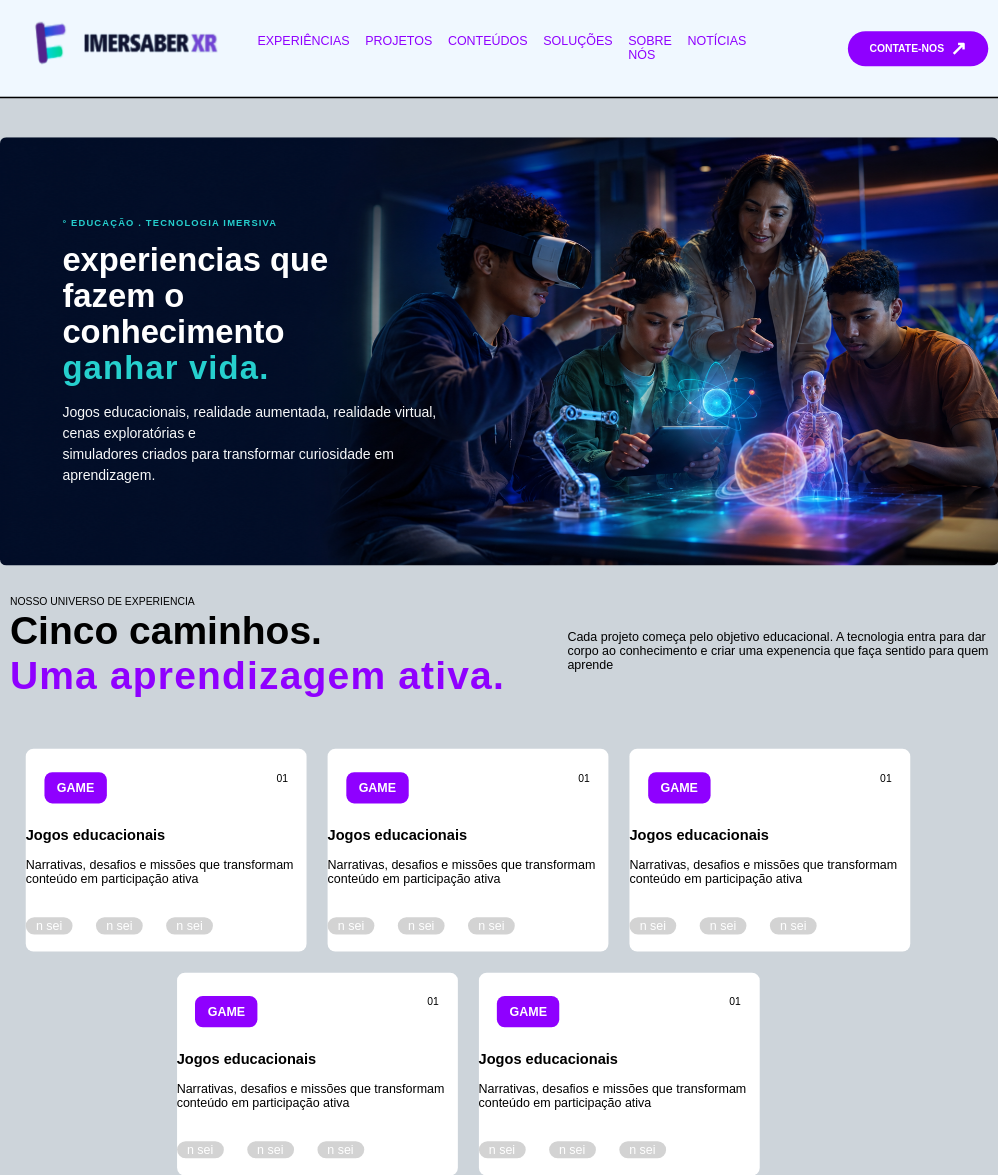
Repository: antonymsantana-design/Avaliacao.Parte.01
Page: html/index.html
These files come from the project's save history. The page is drawn as it stood at one moment and after the next save; the edit follows.
The browser window is 1280 px wide. The pictures show the whole page, at 78% of full size.

Above is the page before, as saved 2026-08-29 18:50:16.

After the next save:
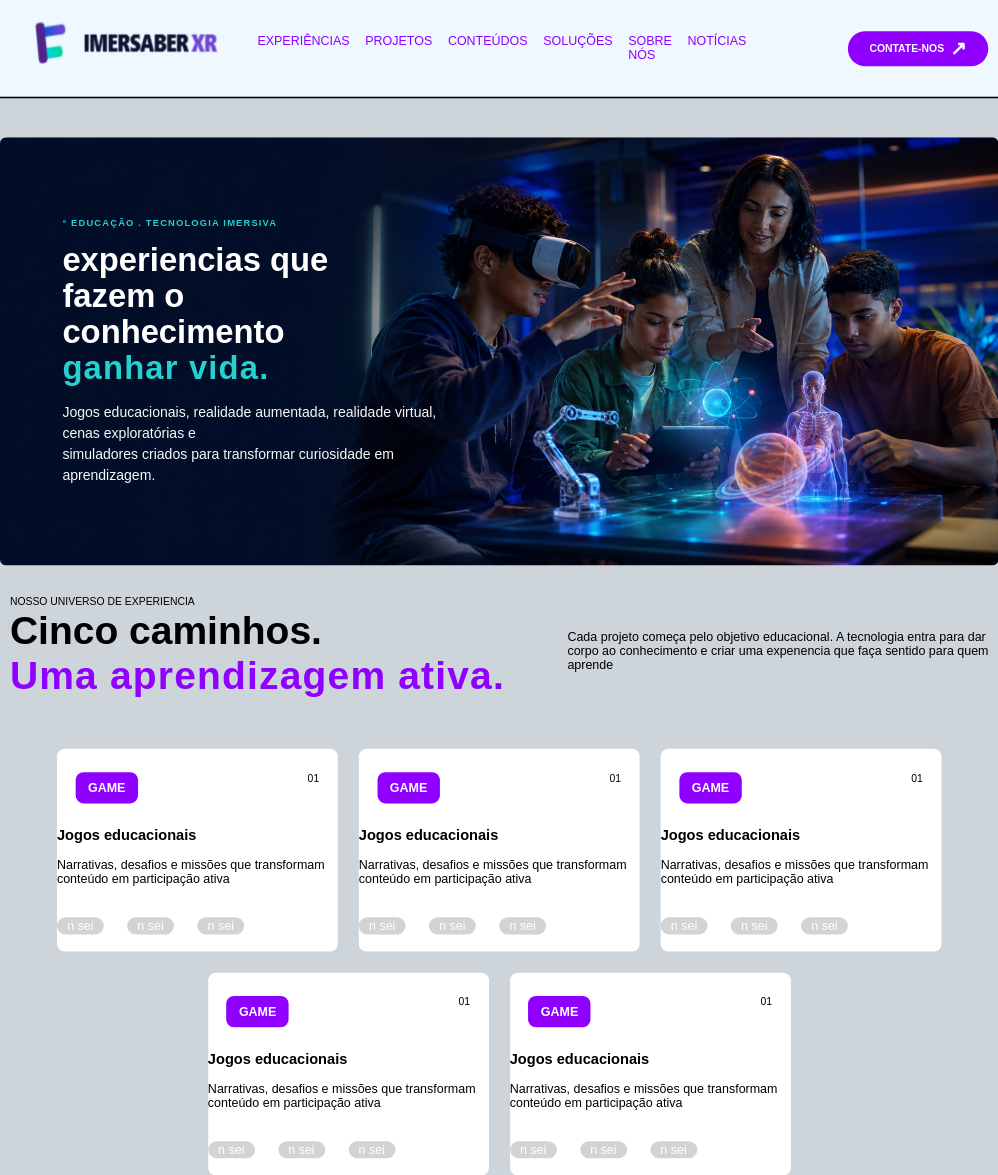
Saved 8 s later.
--- a/css/Style.css
+++ b/css/Style.css
@@ -194,5 +194,5 @@ span {
     justify-content: center;
     gap: 27px;
     flex-wrap: wrap;
-    max-width: 1200px;
+    max-width: 1400px;
 }
